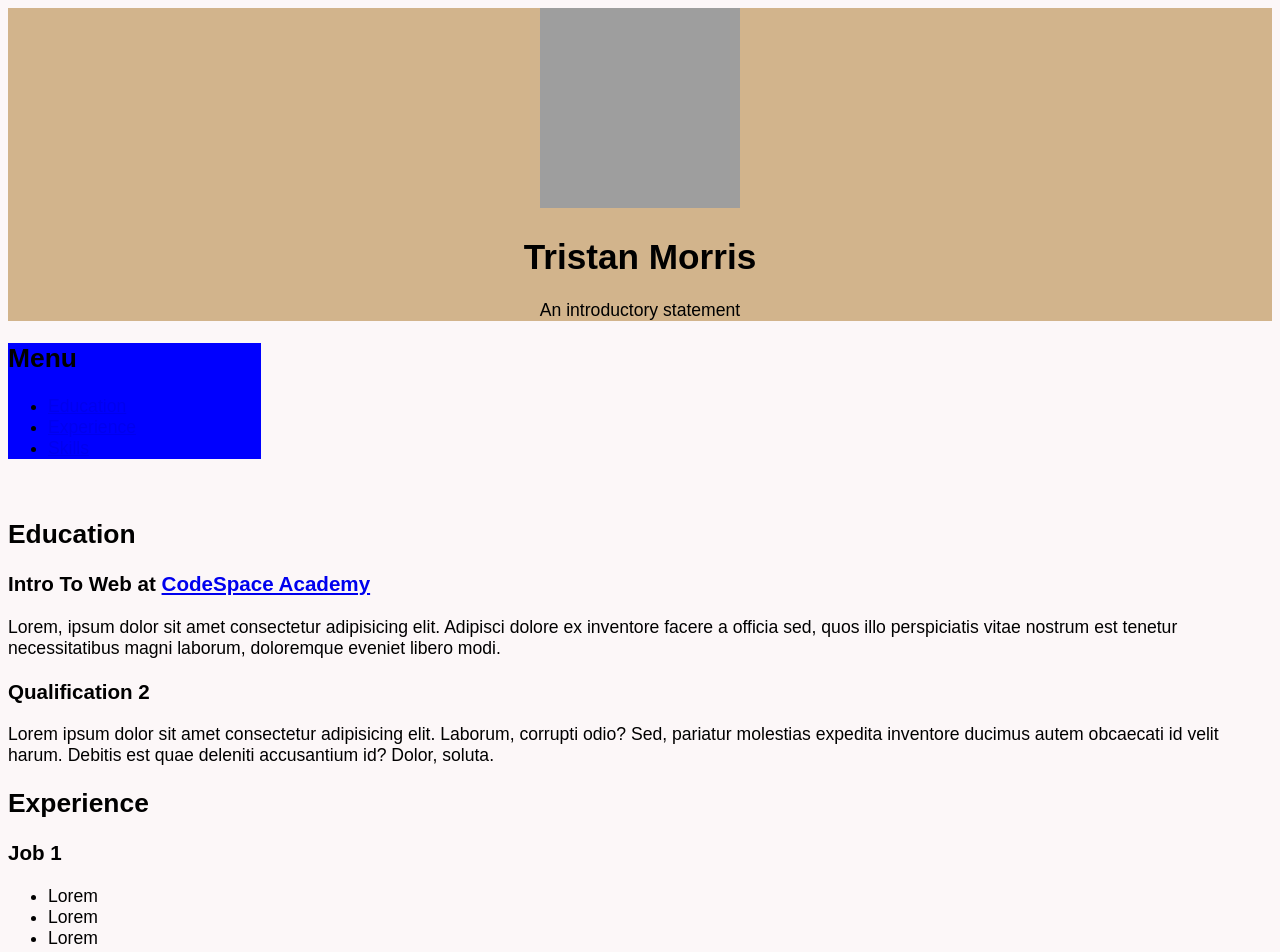
Repository: TristanKMorris/introToWebDesignAssignment
Page: resume1.html
The author's editor kept a copy of each file at every save. The page is drawn from the files as they stood at one save, then again after the next save.
The browser window is 1280 px wide. The pictures show the part of the page from y = 0 to 952 px (the page is 1398 px tall).
Pictures or frames that could not be fetched are drawn as grey boxes. A picture or video elsewhere on the page could not be fetched, so the positions and the page height are approximate.

Above is the page before, as saved 2022-06-01 13:31:14.

After the next save:
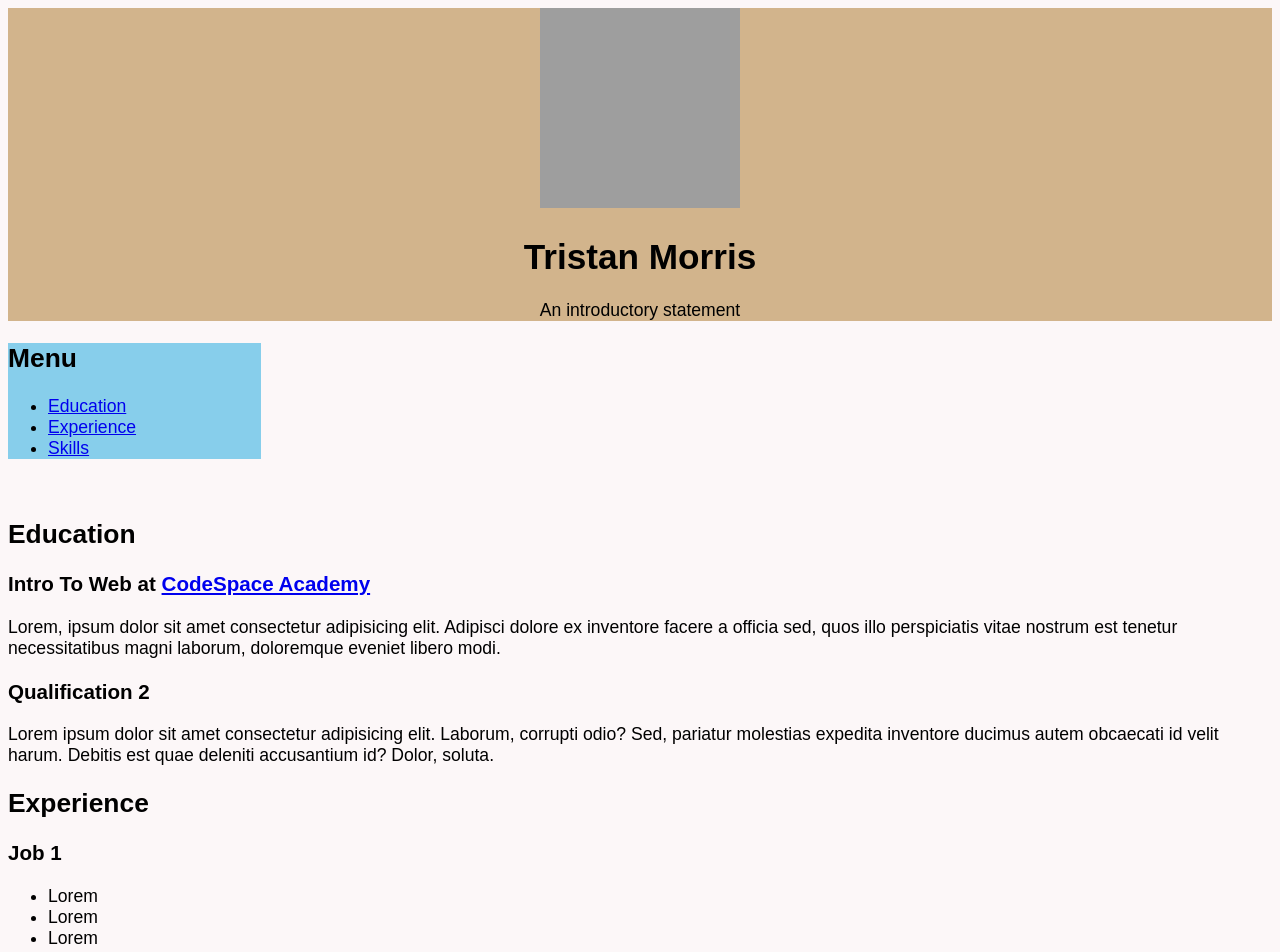
Saved 11 s later.
--- a/css/stylesheet.css
+++ b/css/stylesheet.css
@@ -19,5 +19,5 @@ footer {
 }
 #sidebar{
   width: 20%;
-  background-color: blue;
+  background-color: skyblue;
 }
